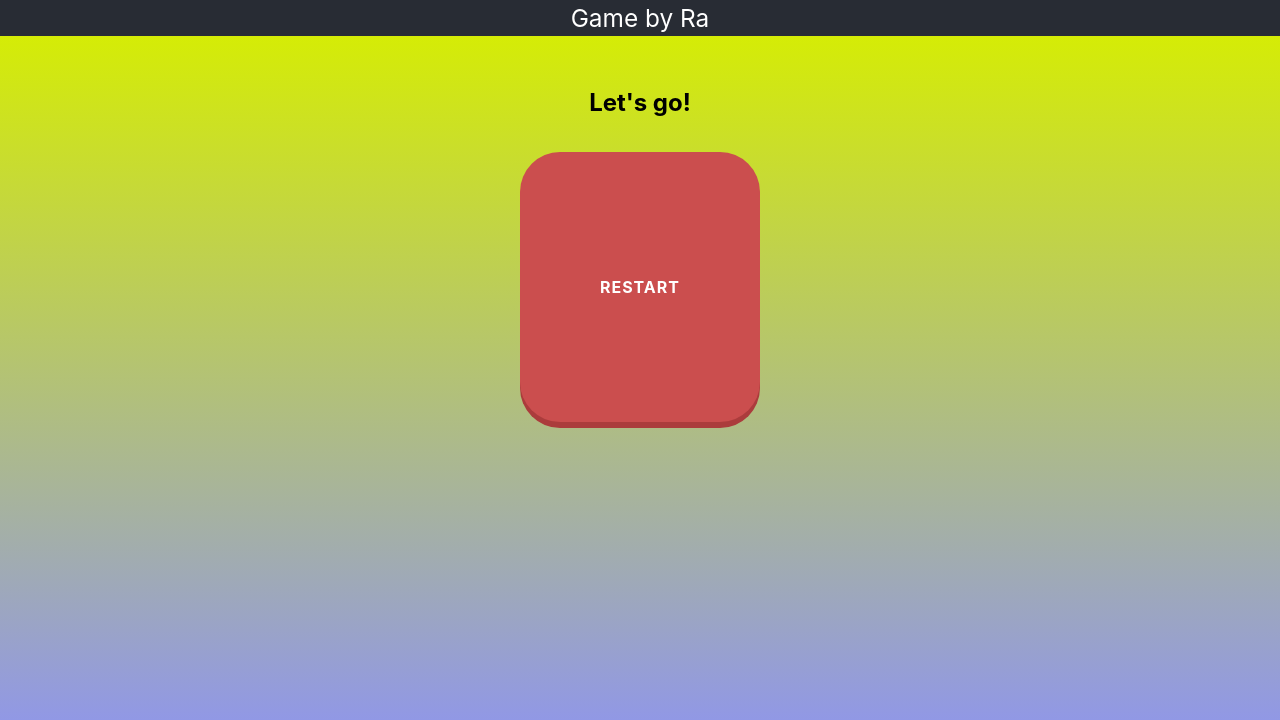
Repository: Sergioramasano/ramos-game
Page: /
An editor plug-in stored every save of this project. The page is shown before and after the next save, followed by the edit.
The browser window is 1280 px wide. The pictures show the whole page.
The project was rebuilt for these pictures with package versions that can differ from the ones it lists, and the page was loaded fresh each time. Also part of the build but not shown: src/components/Cards.js.

Above is the page before, as saved 2021-02-11 19:35:23.

### public/index.html
<!DOCTYPE html>
<html lang="en">
  <head>
    <meta charset="utf-8" />
    <link rel="icon" href="%PUBLIC_URL%/favicon.ico" />
    <meta name="viewport" content="width=device-width, initial-scale=1" />
    <meta name="theme-color" content="#000000" />
    <meta
      name="description"
      content="Web site created using create-react-app"
    />
    <link rel="apple-touch-icon" href="%PUBLIC_URL%/logo192.png" />
    <link rel="manifest" href="%PUBLIC_URL%/manifest.json" />
    <title>Game by Ra</title>
  </head>
  <body>
    <noscript>You need to enable JavaScript to run this app.</noscript>
    <div id="root"></div>
  </body>
</html>

### src/App.js
import "./App.css";
import GameBox from "./components/GameBox/GameBox";

const App = () => {
  return (
    <div className="App">
      <header className="App-header">Game by Ra</header>
      <GameBox></GameBox>
    </div>
  );
};

export default App;

### src/App.css
.App {
  text-align: center;
}

.App-header {
  background-color: #282c34;
  height: 5vh;
  display: flex;
  flex-direction: column;
  align-items: center;
  justify-content: center;
  font-size: calc(10px + 2vmin);
  color: white;
}

### src/components/GameBox/GameBox.js
import React, { useState, useEffect } from "react";
import Cards from "../Cards";
import styles from "./Gamebox.module.css";
import age from "../../images/age.jpeg";
import av from "../../images/av.jpeg";
import hq from "../../images/hq.png";
import hs from "../../images/hs.png";
import jq from "../../images/jq.jpg";
import lk from "../../images/lk.jpg";
import sm from "../../images/sm.jpg";
import smm from "../../images/smm.png";
import knight from "../../images/knight.png";
import star from "../../images/star.jpeg";

const GameBox = () => {
  const [imgUrl, setImgUrl] = useState(null);
  const [bingo, setBingo] = useState([]);
  const [currentUrlIdx, setCurrentUrlIdx] = useState(null);

  let urls = [];
  urls = [age, av, hq, hs, jq, lk, sm, smm, knight];
  urls = [...urls, ...urls];
  urls = urls.map((url, idx) => {
    return { name: url, id: Math.random(), visible: false, idx };
  });

  if (imgUrl !== null) {
    urls[imgUrl].visible = true;
  }

  if (bingo.length) {
    bingo.forEach((b) => {
      urls[b].visible = true;
    });
  }

  const setImg = (url) => {
    if (currentUrlIdx && currentUrlIdx.name === url.name) {
      console.log("YESSSSS");
      setBingo([...bingo, currentUrlIdx.idx, url.idx]);
    }
    setImgUrl(url.idx);
    setCurrentUrlIdx(url);
  };

  return (
    <main className={styles.gamebox}>
      <h2>Let's go!</h2>
      <section className={styles.wrap}>
        {bingo.length !== urls.length ? (
          <button className={styles.button}> Restart</button>
        ) : (
          <Cards
            key={currentUrlIdx}
            urls={urls}
            styles={styles}
            setImg={setImg}
            star={star}
            currentUrlIdx={currentUrlIdx}
          ></Cards>
        )}
      </section>
    </main>
  );
};

export default GameBox;

### src/components/GameBox/Gamebox.module.css
.gamebox {
  height: 95vh;
  background: linear-gradient(#d5ec06, #9198e5);
  padding: 2rem;
  box-sizing: border-box;
}

.wrap {
  margin: auto auto;
  max-width: 700px;
  height: auto;
  width: 100%;
  min-height: 300px;
  display: flex;
  flex-direction: row;
  justify-content: center;
  flex-wrap: wrap;
}

.card {
  display: block;
  width: 100px;
  height: 100px;
  margin: 0.3rem;
}

.card img {
  display: block;
  width: 100%;
  height: 100%;
}

.button {
  border: none;
  font-family: inherit;
  font-size: inherit;
  color: inherit;
  background: none;
  cursor: pointer;
  padding: 25px 80px;
  display: inline-block;
  margin: 15px 30px;
  text-transform: uppercase;
  letter-spacing: 1px;
  font-weight: 700;
  outline: none;
  position: relative;
  background: #cb4e4e;
  color: #fff;
  box-shadow: 0 6px #ab3c3c;
  -webkit-transition: none;
  -moz-transition: none;
  transition: none;
  border-radius: 40px;
}

.button:hover {
  box-shadow: 0 4px #ab3c3c;
  top: 2px;
  transition: 1s ease;
}

Loaded but not shown: src/index.js (common file); src/index.css (common file)

After the next save:
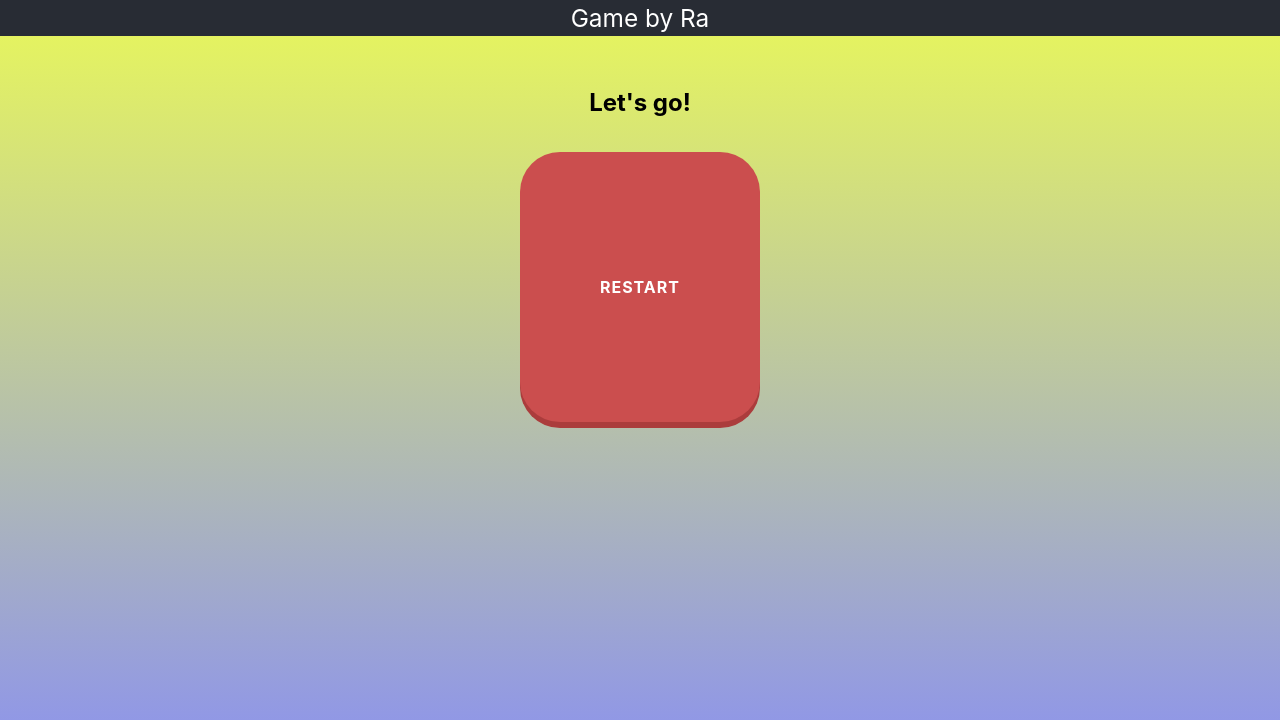
Saved 9 s later.
--- a/src/components/GameBox/Gamebox.module.css
+++ b/src/components/GameBox/Gamebox.module.css
@@ -1,6 +1,6 @@
 .gamebox {
   height: 95vh;
-  background: linear-gradient(#d5ec06, #9198e5);
+  background: linear-gradient(#d5ec06a2, #9198e5);
   padding: 2rem;
   box-sizing: border-box;
 }
